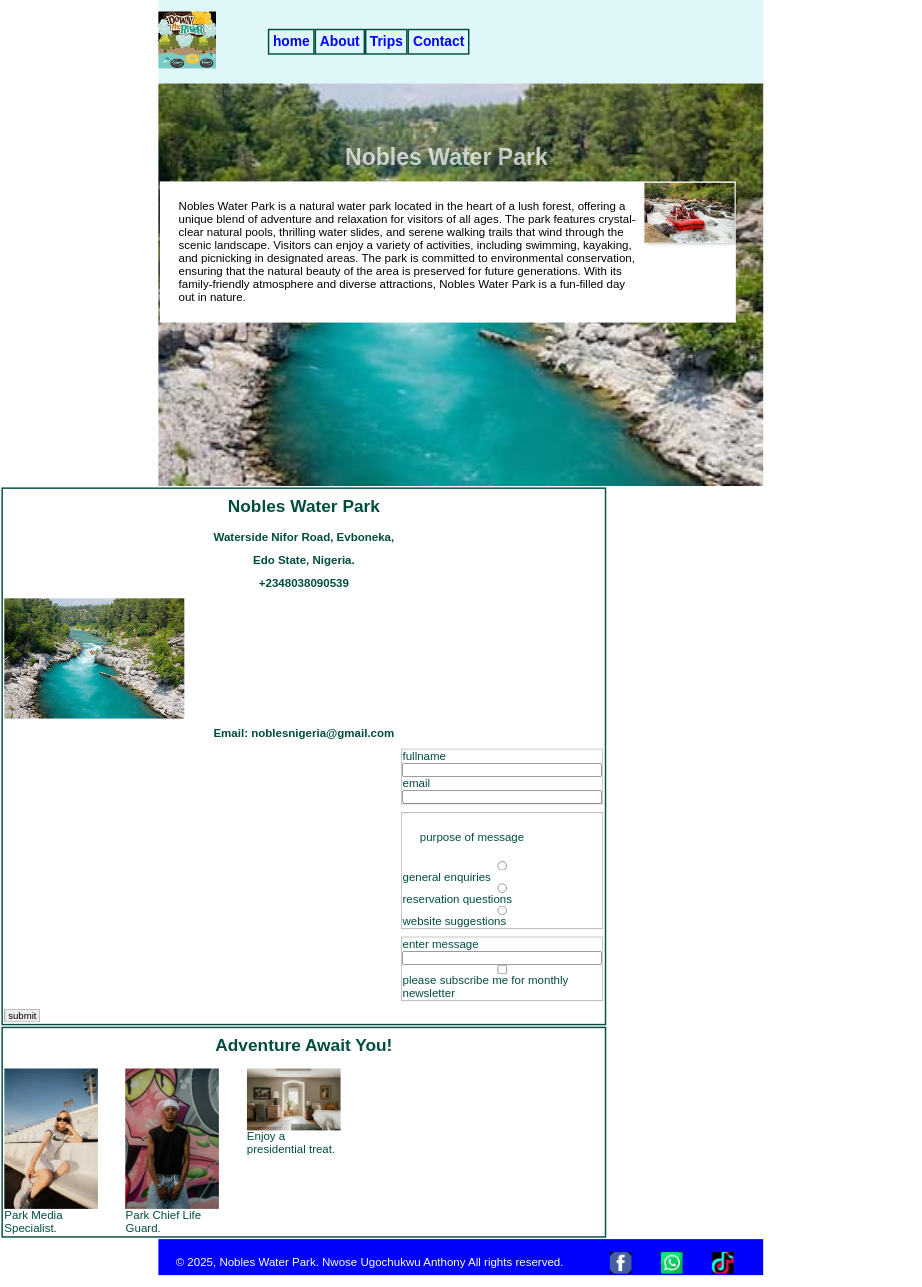
Repository: NoblesNigeria/wdd130
Page: wwr/contact.html
These files come from the project's save history. The page is drawn as it stood at one moment and after the next save; the edit follows.
The browser window is 1280 px wide. The pictures show the whole page, at 72% of full size.

Above is the page before, as saved 2025-09-24 16:06:03.

After the next save:
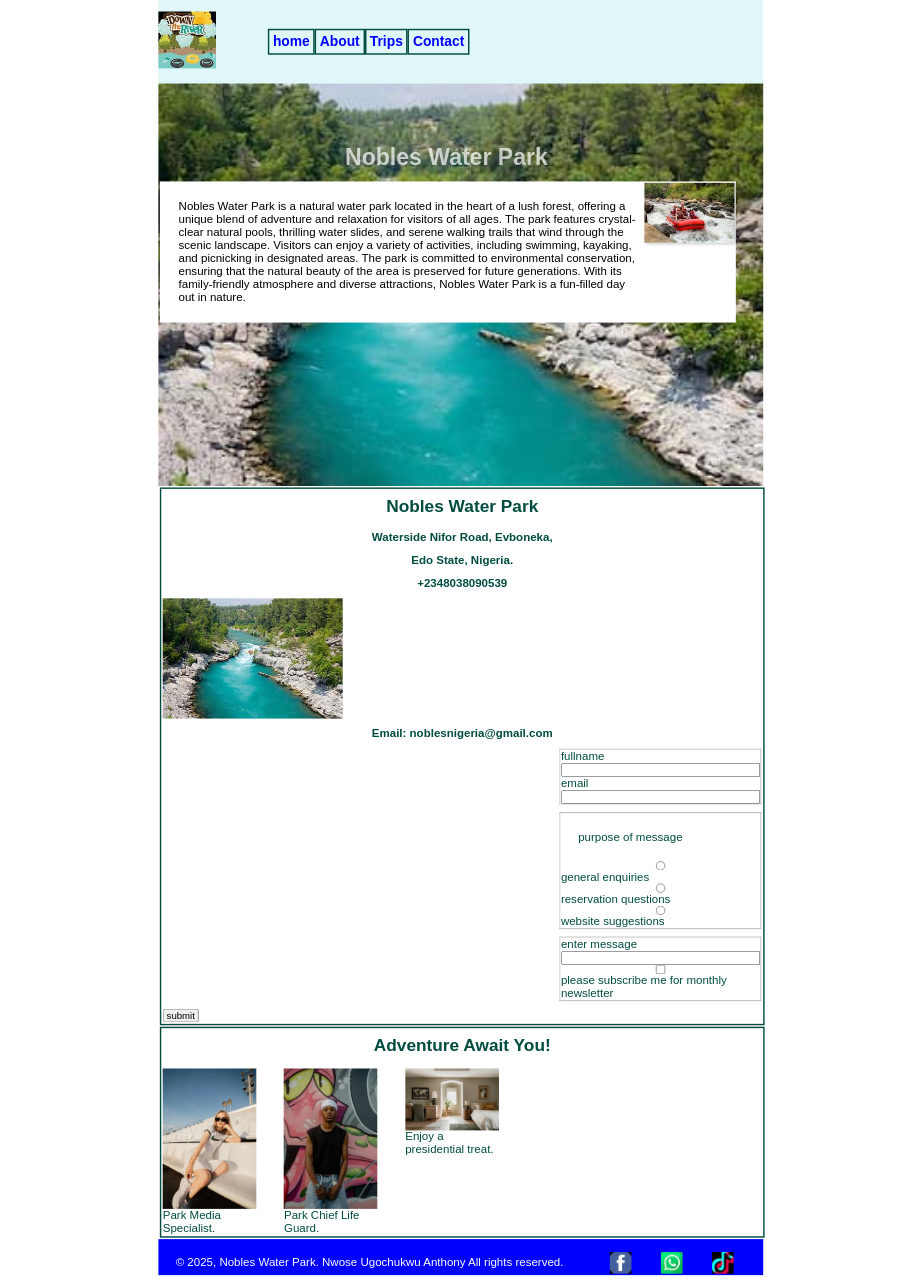
Saved 18 min 12 s later.
--- a/wwr/contact.html
+++ b/wwr/contact.html
@@ -10,7 +10,7 @@
     <link rel="stylesheet" href="styles/rafting.css">
 </head>
 
-<body>
+<main>
     <header>
         <img src="images/mylogo.jpg" alt="Nobles Water Park Logo">
         <nav>
@@ -20,24 +20,22 @@
             <a href="#">Contact</a>
         </nav>
     </header>
-    <main>
-        <div class="hero">
-            <img src="images/myhero.jpg" alt="Nobles Water Park">
-            <h1>Nobles Water Park</h1>
-            <article>
-                <img src="images/mycaption.jpg" alt="We are very happy to staffs here.">
-                <p>Nobles Water Park is a natural water park located in the heart of a lush forest, offering a unique
-                    blend of adventure and relaxation for visitors of all ages. The park features crystal-clear natural
-                    pools, thrilling water slides, and serene walking trails that wind through the scenic landscape.
-                    Visitors can enjoy a variety of activities, including swimming, kayaking, and picnicking in
-                    designated areas. The park is committed to environmental conservation, ensuring that the natural
-                    beauty of the area is preserved for future generations. With its family-friendly atmosphere and
-                    diverse attractions, Nobles Water Park is a fun-filled day out in nature.
-                </p>
+    <div class="hero">
+        <img src="images/myhero.jpg" alt="Nobles Water Park">
+        <h1>Nobles Water Park</h1>
+        <article>
+            <img src="images/mycaption.jpg" alt="We are very happy to staffs here.">
+            <p>Nobles Water Park is a natural water park located in the heart of a lush forest, offering a unique
+                blend of adventure and relaxation for visitors of all ages. The park features crystal-clear natural
+                pools, thrilling water slides, and serene walking trails that wind through the scenic landscape.
+                Visitors can enjoy a variety of activities, including swimming, kayaking, and picnicking in
+                designated areas. The park is committed to environmental conservation, ensuring that the natural
+                beauty of the area is preserved for future generations. With its family-friendly atmosphere and
+                diverse attractions, Nobles Water Park is a fun-filled day out in nature.
+            </p>
 
-            </article>
-        </div>
-    </main>
+        </article>
+    </div>
     <aside>
         <h2>Nobles Water Park</h2>
         <h3>Waterside Nifor Road, Evboneka,</h3>
@@ -85,19 +83,20 @@
             <figcaption>Enjoy a presidential treat.</figcaption>
         </figure>
     </section>
+</main>
 
-    <footer>
-        <p>&copy; 2025, Nobles Water Park. Nwose Ugochukwu Anthony All rights reserved.</p>
-        <a href="https://www.facebook.com">
-            <img src="images/facebookicon.jpg" alt="Facebook">
-        </a>
-        <a href="https://www.whatsapp.com">
-            <img src="images/whatsappicon.jpg" alt="whatsapp">
-        </a>
-        <a href="https://www.tiktok.com">
-            <img src="images/tik-tokicon.jpg" alt="tiktok">
-        </a>
-    </footer>
+<footer>
+    <p>&copy; 2025, Nobles Water Park. Nwose Ugochukwu Anthony All rights reserved.</p>
+    <a href="https://www.facebook.com">
+        <img src="images/facebookicon.jpg" alt="Facebook">
+    </a>
+    <a href="https://www.whatsapp.com">
+        <img src="images/whatsappicon.jpg" alt="whatsapp">
+    </a>
+    <a href="https://www.tiktok.com">
+        <img src="images/tik-tokicon.jpg" alt="tiktok">
+    </a>
+</footer>
 </body>
 
 </html>
